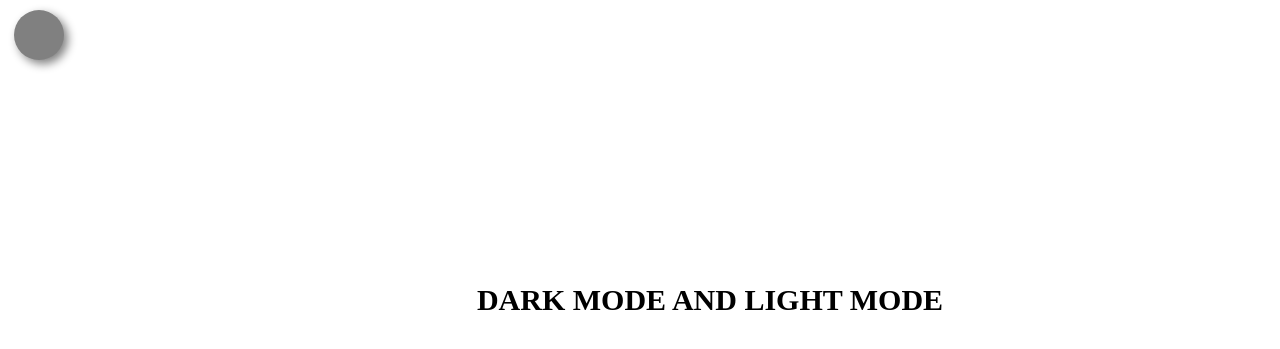
Repository: Eugene44-hub/darkmode-lightmode
Page: index.html
These files come from the project's save history. The page is drawn as it stood at one moment and after a run of saves; the edit follows.
The browser window is 1280 px wide. The pictures show the whole page.
After loading, the first visible `div.circle` was clicked once.

Above is the page before, as saved 2021-09-13 01:37:39.

After the next 3 saves:
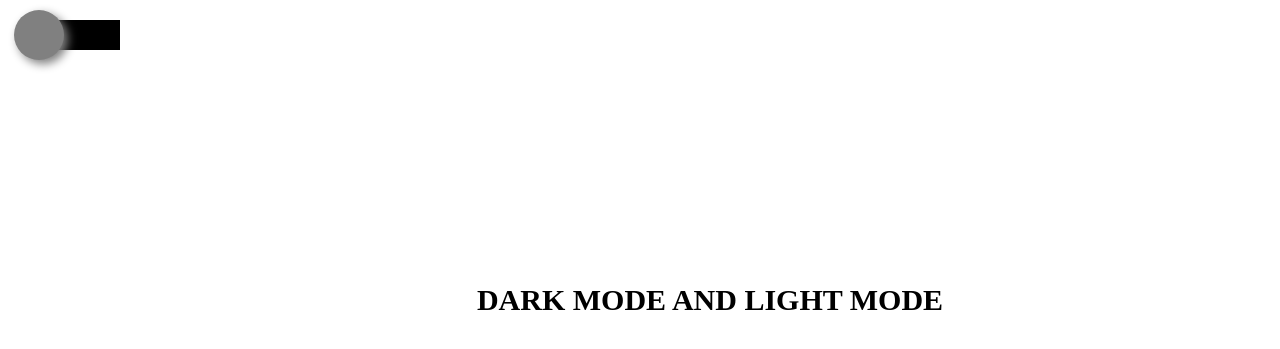
The 3 saves are shown as one change because they came seconds apart.
The last was saved 10 s later.
--- a/app.js
+++ b/app.js
@@ -4,10 +4,12 @@ circle.addEventListener('click', e => {
     if (circle.style.left == '-6px') {
         document.body.style.backgroundColor = 'black';
         circle.style.left = '50px'
+        box.style.backgroundColor = 'white'
 
     } else {
         circle.style.left = '-6px'
         document.body.style.backgroundColor = 'white';
-        box.style.backgroundColor = 'white'
+
+        box.style.backgroundColor = 'black';
     }
 })
